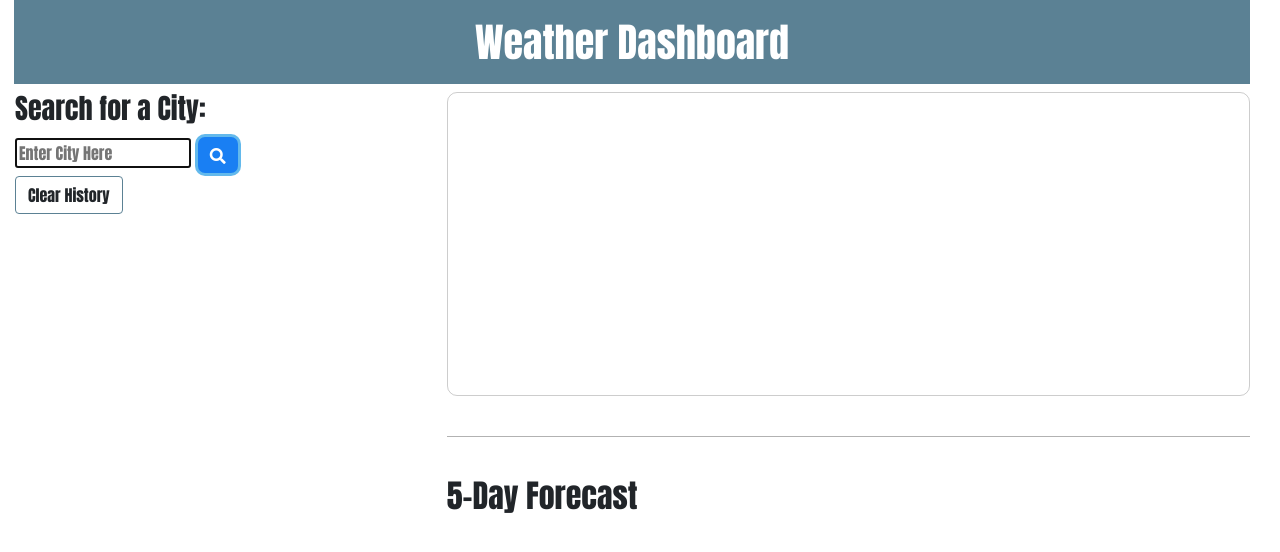
Repository: KHudaKoz/Weather-dashboard
Page: index.html
An editor plug-in stored every save of this project. The page is shown before and after the next save, followed by the edit.
The browser window is 1280 px wide. The pictures show the whole page.
Some web libraries are served in a nearby version.

Above is the page before, as saved 2021-01-28 20:10:37.

After the next save:
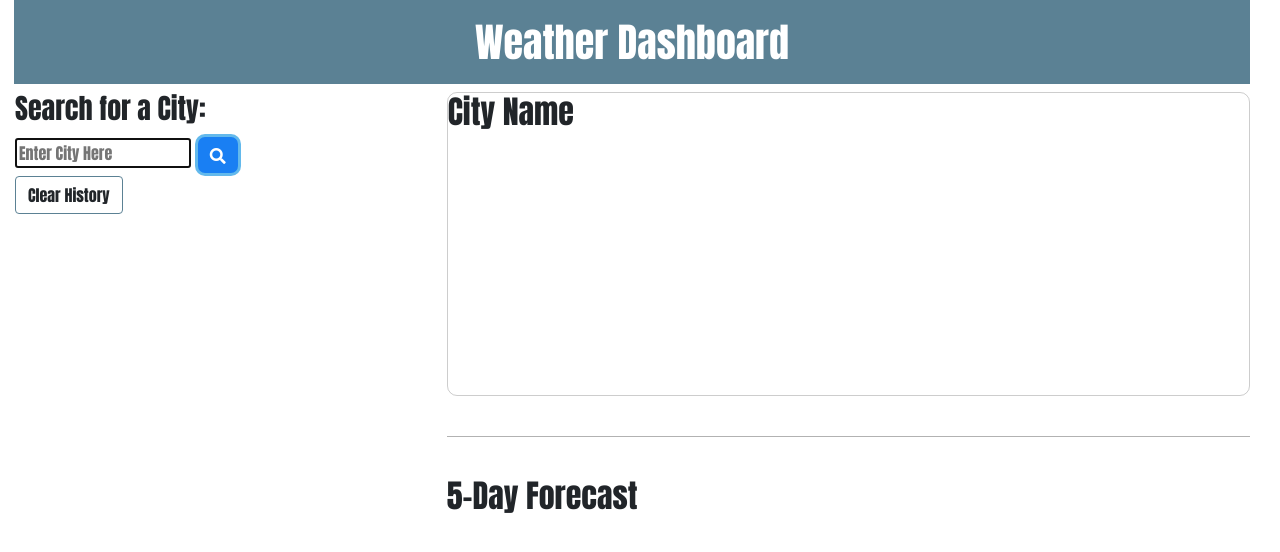
Saved 5 s later.
--- a/index.html
+++ b/index.html
@@ -50,7 +50,7 @@
         <div class="col col-md-8">
             <div class="current-weather-container">
                 <div id="current-weather">
-                    <h2></h2>
+                    <h2>City Name</h2>
                 </div>
                 <div id="uv-display-styles"></div>
             </div>
